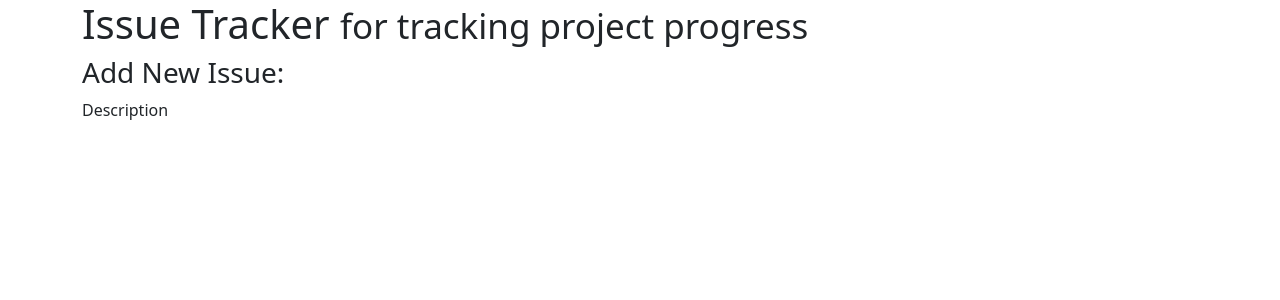
Repository: dvynchi/issue-tracker
Page: index.html
The author's editor kept a copy of each file at every save. The page is drawn from the files as they stood at one save, then again after the next save.
The browser window is 1280 px wide. The pictures show the whole page.

Above is the page before, as saved 2022-08-19 11:50:23.

After the next save:
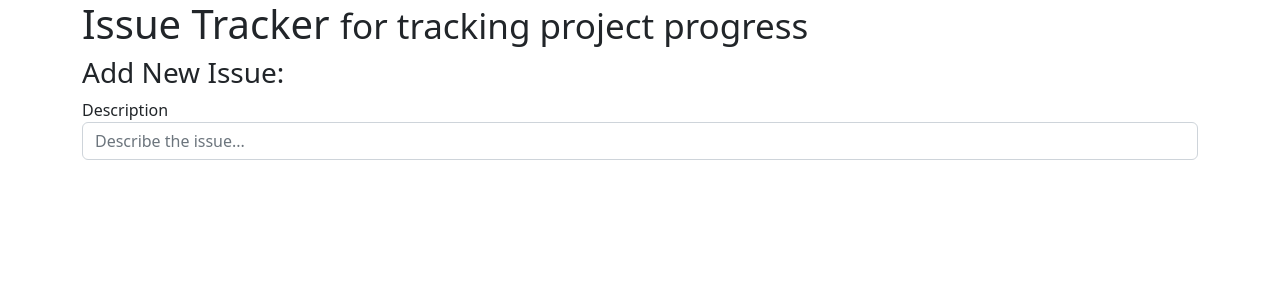
Saved 2 min 43 s later.
--- a/index.html
+++ b/index.html
@@ -19,6 +19,7 @@
             <form id="issueInputForm">
                 <div class="form-group">
                     <label for="issueDescInput">Description</label>
+                    <input type="text" class="form-control" id="issueDescInput" placeholder="Describe the issue...">
                 </div>
             </form>
         </div>
